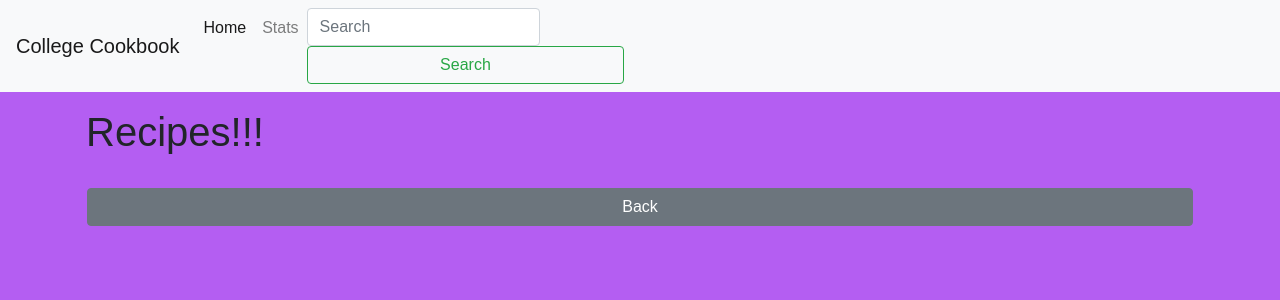
Repository: iiostefanos/college-cookbook
Page: http://localhost/
The author's editor kept a record of every edit. The page is drawn from the files as they stood at one moment, then again after the next edit.
The browser window is 1280 px wide. The pictures show the whole page.
The page is served by the project's application, run on Flask 3 (app.py). Queries for data that is not in the repository find no rows.

Above is the page before.

### templates/recipes.html
{% extends 'base.html' %} {% block content %}
<main class="container">
        <div class="row">
    <button id="back-to-results" class="btn btn-secondary" onclick="history.back(-1)">Back</button>
       </div>
<div class="container-fluid">
<div class="row recipe-header">
        <div class="col-sm-9">
        {% for recipe in recipes%}
        <h5>Category</h5>
        {{recipe.category_name}}
        </div>
        <div class="row">
       <div class="col col-sm-4">
        <h5>Title</h5>
        {{recipe.recipe_name}}
        </div>
        </div>
        <img src="{{ recipe.recipe_image }}" alt="{{ recipe.title}}">
        {{recipe.Serves}}
        {{recipe.Prep_Time}}
        {{recipe.Cook_Time}}
        {{recipe.recipe_description}}
        {{recipe.Author}}
        {{recipe.Ingredients}}
        {{recipe.Instructions}}

        </div>
<div class="recipe-header col-sm-9">

  <a href="{{url_for('edit_recipe', recipe_id=recipe._id)}}" class="btn btn-warning btn-small" type="submit">Edit</a>
  <form action="/delete_recipe/{{recipe._id}}" method="POST" class="col-s12">
  <button class="btn btn-info btn-small" type="submit">Delete</button>
  </form>
</div>
<div class="col-s9">

</div>
        {% endfor %}





{% endblock %}

### templates/base.html
<!DOCTYPE html>
<html>
    <head>
        <link href="https://stackpath.bootstrapcdn.com/font-awesome/4.7.0/css/font-awesome.min.css" rel="stylesheet">
        <link rel="stylesheet" href="https://stackpath.bootstrapcdn.com/bootstrap/4.4.1/css/bootstrap.min.css" integrity="sha384-Vkoo8x4CGsO3+Hhxv8T/Q5PaXtkKtu6ug5TOeNV6gBiFeWPGFN9MuhOf23Q9Ifjh" crossorigin="anonymous">
        <link rel="stylesheet" href="{{url_for('static', filename='css/style.css')}}" type="text/css" />
    </head>
    <body>

        <header>
            <nav class="navbar navbar-expand-lg navbar-light bg-light">
  <a class="navbar-brand" href="#">College Cookbook</a>
  <button class="navbar-toggler" type="button" data-toggle="collapse" data-target="#navbarSupportedContent" aria-controls="navbarSupportedContent" aria-expanded="false" aria-label="Toggle navigation">
    <span class="navbar-toggler-icon"></span>
  </button>

  <div class="collapse navbar-collapse" id="navbarSupportedContent">
    <ul class="navbar-nav mr-auto">
      <li class="nav-item active">
        <a class="nav-link" href="#">Home <span class="sr-only">(current)</span></a>
      </li>
      <li class="nav-item">
        <a class="nav-link" href="#">Stats</a>
      </li>
      <form class="form-inline my-2 my-lg-0">
      <input class="form-control mr-sm-2" type="search" placeholder="Search" aria-label="Search">
      <button class="btn btn-outline-success my-2 my-sm-0" type="submit">Search</button>
    </form>
    </ul>

  </div>
</nav>
        </header>
        <div class="container">
        <h1>Recipes!!!</h1>
        {% block content %}
        {% endblock %}
        </div>
        <script src="https://code.jquery.com/jquery-3.4.1.slim.min.js" integrity="sha384-J6qa4849blE2+poT4WnyKhv5vZF5SrPo0iEjwBvKU7imGFAV0wwj1yYfoRSJoZ+n" crossorigin="anonymous"></script>
        <script src="https://cdn.jsdelivr.net/npm/popper.js@1.16.0/dist/umd/popper.min.js" integrity="sha384-Q6E9RHvbIyZFJoft+2mJbHaEWldlvI9IOYy5n3zV9zzTtmI3UksdQRVvoxMfooAo" crossorigin="anonymous"></script>
        <script src="https://stackpath.bootstrapcdn.com/bootstrap/4.4.1/js/bootstrap.min.js" integrity="sha384-wfSDF2E50Y2D1uUdj0O3uMBJnjuUD4Ih7YwaYd1iqfktj0Uod8GCExl3Og8ifwB6" crossorigin="anonymous"></script>
    </body>
</html>

### app.py
import os
from flask import Flask, render_template, redirect, request, url_for
from flask_pymongo import PyMongo
from bson.objectid import ObjectId
from os import path
if path.exists("env.py"):
    import env

app = Flask(__name__)
app.config["MONGO_DBNAME"] = 'college_cookbook'
app.config["MONGO_URI"] = os.environ["MONGO_URI"]

mongo = PyMongo(app)


@app.route('/')
@app.route('/get_recipes')
def get_recipes():
    return render_template("recipes.html",
    recipes=mongo.db.recipes.find())


@app.route('/add_recipe')
def add_recipe():
    categories=mongo.db.categories.find()
    category_list = [category for category in categories]
    return render_template('add_recipe.html', categories = category_list)

@app.route ('/insert_recipe', methods=['POST'])
def insert_recipe():
    recipes=mongo.db.recipes
    recipes.insert_one(request.form.to_dict())
    return redirect(url_for('get_recipes'))

@app.route('/edit_recipe/<recipe_id>')
def edit_recipe(recipe_id):
    the_recipe = mongo.db.recipes.find_one({"_id": ObjectId(recipe_id)})
    all_categories = mongo.db.categories.find()
    return render_template('edit_recipe.html', recipe=the_recipe, categories=all_categories)

@app.route('/update_recipe/<recipe_id>', methods=['POST'])
def update_recipe(recipe_id):
    recipes=mongo.db.recipes
    recipes.update_one({'_id': ObjectId(recipe_id)},
    { "$set":
       {
        "category_name":request.form.get('category_name'),
        "recipe_name":request.form.get('recipe_name'),
        "recipe_image":request.form.get('recipe_image'),
        "Serves":request.form.get('Serves'),
        "Prep_Time":request.form.get('Prep_Time'),
        "Cook_Time":request.form.get('Cook_Time'),
        "recipe_description":request.form.get('recipe_description'),
        "Author":request.form.get('Author'),
        "Ingredients":request.form.get('Ingredients'),
        "Instructions":request.form.get('Instructions')
        }
     }
    )
    return redirect(url_for('get_recipes'))

@app.route('/delete_recipe/<recipe_id>', methods=['POST'])
def delete_recipe(recipe_id):
      mongo.db.recipes.remove({'_id': ObjectId(recipe_id)})
      return redirect(url_for('get_recipes'))


if __name__ == '__main__':
    app.run(host=os.environ.get('IP'),
            port=int(os.environ.get('PORT')),
            debug=True)

### static/css/style.css
body {
    background-color: #b45ef2;
    background-repeat: repeat-x;
    font-family: Arial, Helvetica, sans-serif;

    }

.btn-small
{
    height: 24px;
    width: 60px;
    line-height: 24px;
    margin: 5px 5px;
    padding: 0 0.5em;
}

.recipe-header {
    margin-top: 5px;
}


/* Full-width input fields */
input[type=text], input[type=password] {
  width: 100%;
  padding: 12px 20px;
  margin: 8px 0;
  display: inline-block;
  border: 1px solid #ccc;
  box-sizing: border-box;
}

/* Set a style for all buttons */
button {
  background-color: #4CAF50;
  color: white;
  padding: 14px 20px;
  margin: 8px 0;
  border: none;
  cursor: pointer;
  width: 100%;
}

button:hover {
  opacity: 0.8;
}

/* Extra styles for the cancel button */
.cancelbtn {
  width: auto;
  padding: 10px 18px;
  background-color: #f44336;
}

/* Center the image and position the close button */
.imgcontainer {
  text-align: center;
  margin: 24px 0 12px 0;
  position: relative;
}

.container {
  padding: 16px;
}

span.psw {
  float: right;
  padding-top: 16px;
}

/* The Modal (background) */
.modal {
  display: none; /* Hidden by default */
  position: fixed; /* Stay in place */
  z-index: 1; /* Sit on top */
  left: 0;
  top: 0;
  width: 100%; /* Full width */
  height: 100%; /* Full height */
  overflow: auto; /* Enable scroll if needed */
  background-color: rgb(0,0,0); /* Fallback color */
  background-color: rgba(0,0,0,0.4); /* Black w/ opacity */
  padding-top: 60px;
}

/* Modal Content/Box */
.modal-content {
  background-color: #fefefe;
  margin: 5% auto 15% auto; /* 5% from the top, 15% from the bottom and centered */
  border: 1px solid #888;
  width: 60%; /* Could be more or less, depending on screen size */
}

/* The Close Button (x) */
.close {
  position: absolute;
  right: 25px;
  top: 0;
  color: #000;
  font-size: 35px;
  font-weight: bold;
}

.close:hover,
.close:focus {
  color: red;
  cursor: pointer;
}

/* Add Zoom Animation */
.animate {
  -webkit-animation: animatezoom 0.6s;
  animation: animatezoom 0.6s
}

@-webkit-keyframes animatezoom {
  from {-webkit-transform: scale(0)}
  to {-webkit-transform: scale(1)}
}

@keyframes animatezoom {
  from {transform: scale(0)}
  to {transform: scale(1)}
}

/* Change styles for span and cancel button on extra small screens */
@media screen and (max-width: 300px) {
  span.psw {
     display: block;
     float: none;
  }
  .cancelbtn {
     width: 100%;
  }
}

After the next edit:
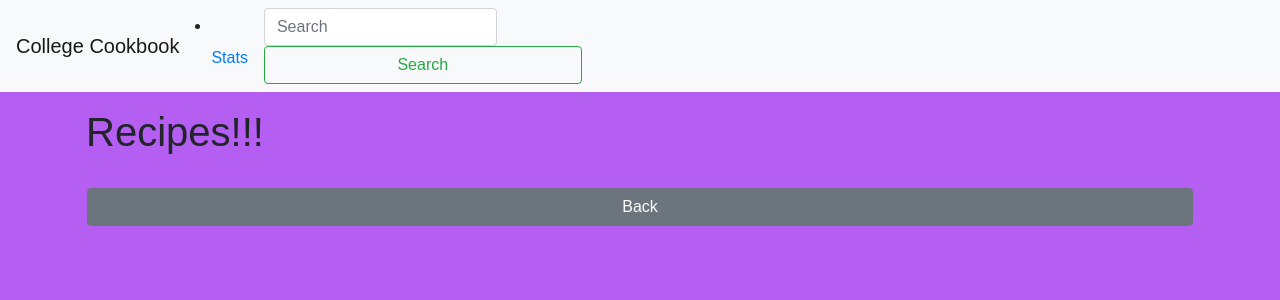
The edit:
--- a/templates/base.html
+++ b/templates/base.html
@@ -15,10 +15,7 @@
   </button>
 
   <div class="collapse navbar-collapse" id="navbarSupportedContent">
-    <ul class="navbar-nav mr-auto">
-      <li class="nav-item active">
-        <a class="nav-link" href="#">Home <span class="sr-only">(current)</span></a>
-      </li>
+
       <li class="nav-item">
         <a class="nav-link" href="#">Stats</a>
       </li>
